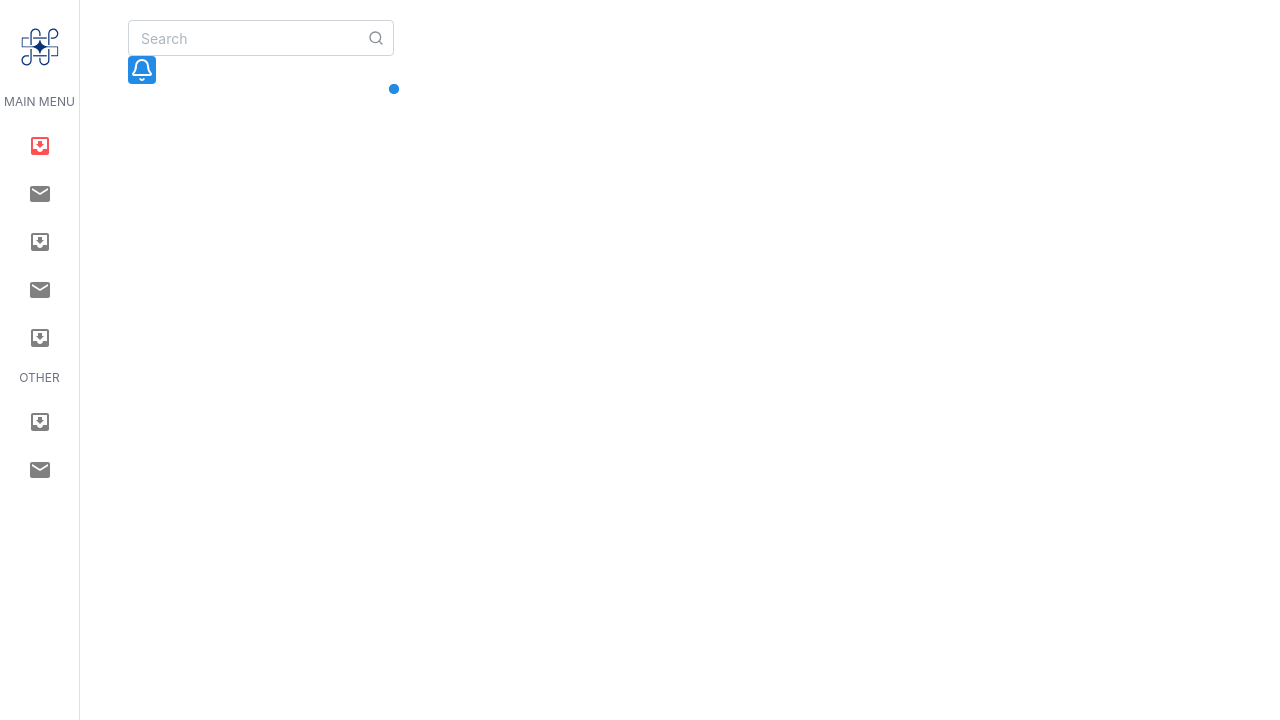
Repository: SatyaDewangan05/sample-dashboard
Page: /
The author's editor kept a copy of each file at every save. The page is drawn from the files as they stood at one save, then again after the next save.
The browser window is 1280 px wide. The pictures show the whole page.
The project was rebuilt for these pictures with package versions that can differ from the ones it lists, and the page was loaded fresh each time. The framework's server and built-in components were replaced by stand-ins that run in the browser. Also part of the build but not shown: next.config.mjs.

Above is the page before, as saved 2024-09-20 22:32:47.

### src/app/layout.js
import localFont from "next/font/local";
import "./globals.css";
import { MantineProvider } from "@mantine/core";
import "@mantine/core/styles.css";

const geistSans = localFont({
  src: "./fonts/GeistVF.woff",
  variable: "--font-geist-sans",
  weight: "100 900",
});
const geistMono = localFont({
  src: "./fonts/GeistMonoVF.woff",
  variable: "--font-geist-mono",
  weight: "100 900",
});

export const metadata = {
  title: "Create Next App",
  description: "Generated by create next app",
};

export default function RootLayout({ children }) {
  return (
    <html lang="en">
      <body
        className={`${geistSans.variable} ${geistMono.variable} antialiased`}
      >
        <MantineProvider>{children}</MantineProvider>
      </body>
    </html>
  );
}

### src/app/page.jsx
import Image from "next/image";
import MiniDrawer from "./components/Drawer";
import { ActionIcon, Indicator, TextInput } from "@mantine/core";
import { Bell, Search } from "lucide-react";

export default function Home() {
  return (
    <div className="flex">
      <MiniDrawer />
      <div className="px-12">
        {/* Top Bar */}
        <div className="py-5">
          <TextInput placeholder="Search" rightSection={<Search size={16} />} />
          <div>
            <ActionIcon
              variant="filled"
              // color="white"
              // c="black"
              aria-label="Settings"
            >
              <Bell c="black" />
            </ActionIcon>
            <Indicator></Indicator>
          </div>
        </div>
      </div>
    </div>
  );
}

### src/app/components/Drawer.jsx
"use client";

import { styled } from "@mui/material/styles";
import MuiDrawer from "@mui/material/Drawer";
import List from "@mui/material/List";
import IconButton from "@mui/material/IconButton";
import MenuIcon from "@mui/icons-material/Menu";

import ListItem from "@mui/material/ListItem";
import ListItemButton from "@mui/material/ListItemButton";
import ListItemIcon from "@mui/material/ListItemIcon";
import ListItemText from "@mui/material/ListItemText";
import InboxIcon from "@mui/icons-material/MoveToInbox";
import MailIcon from "@mui/icons-material/Mail";
import { useState } from "react";
import Image from "next/image";

import Logo from "@/images/logo.svg";
import LogoWithName from "@/images/logo_with_name.png";

const drawerWidth = 220;

const openedMixin = (theme) => ({
  width: drawerWidth,
  transition: theme.transitions.create("width", {
    easing: theme.transitions.easing.sharp,
    duration: theme.transitions.duration.enteringScreen,
  }),
  overflowX: "hidden",
});

const closedMixin = (theme) => ({
  transition: theme.transitions.create("width", {
    easing: theme.transitions.easing.sharp,
    duration: theme.transitions.duration.leavingScreen,
  }),
  overflowX: "hidden",
  width: "80px",
  [theme.breakpoints.up("sm")]: {
    width: "80px",
  },
});

const DrawerHeader = styled("div")(({ theme }) => ({
  display: "flex",
  alignItems: "center",
  justifyContent: "center",
  padding: "20px",
  // necessary for content to be below app bar
  ...theme.mixins.toolbar,
}));

const Drawer = styled(MuiDrawer, {
  shouldForwardProp: (prop) => prop !== "open",
})(({ theme }) => ({
  width: drawerWidth,
  flexShrink: 0,
  whiteSpace: "nowrap",
  boxSizing: "border-box",
  variants: [
    {
      props: ({ open }) => open,
      style: {
        ...openedMixin(theme),
        "& .MuiDrawer-paper": openedMixin(theme),
      },
    },
    {
      props: ({ open }) => !open,
      style: {
        ...closedMixin(theme),
        "& .MuiDrawer-paper": closedMixin(theme),
      },
    },
  ],
}));

export default function MiniDrawer() {
  const [open, setOpen] = useState(false);

  const [active, setActive] = useState("Dashboard");

  return (
    <Drawer variant="permanent" open={open}>
      <DrawerHeader>
        <IconButton onClick={() => setOpen((prevState) => !prevState)}>
          {open ? (
            <Image src={LogoWithName} alt="Images" />
          ) : (
            <Image className="mx-auto" src={Logo} alt="Images" />
          )}
        </IconButton>
      </DrawerHeader>
      <p
        className={`h-5 uppercase text-xs  text-gray-500 ${
          open ? "pl-5" : "text-center"
        }`}
      >
        Main Menu
      </p>
      <List>
        {["Dashboard", "Recruitment", "Schedule", "Employee", "Department"].map(
          (text, index) => (
            <ListItem key={text} disablePadding sx={{ display: "block" }}>
              <ListItemButton
                sx={[
                  {
                    minHeight: 48,
                    px: 2,
                    color: active === text ? "#FF5151" : "unset",
                  },
                  open
                    ? {
                        justifyContent: "initial",
                      }
                    : {
                        justifyContent: "center",
                      },
                ]}
                onClick={() => setActive(text)}
              >
                <ListItemIcon
                  sx={[
                    {
                      //   minWidth: 0,
                      justifyContent: "center",
                      color: active === text ? "#FF5151" : "gray",
                    },
                    open
                      ? {
                          mr: 2,
                        }
                      : {
                          mx: "auto",
                        },
                  ]}
                >
                  {index % 2 === 0 ? <InboxIcon /> : <MailIcon />}
                </ListItemIcon>
                <ListItemText
                  primary={text}
                  sx={[
                    open
                      ? {
                          opacity: 1,
                        }
                      : {
                          opacity: 0,
                        },
                  ]}
                />
              </ListItemButton>
            </ListItem>
          )
        )}
      </List>
      <p
        className={`h-5 uppercase text-xs text-gray-500 ${
          open ? " pl-5" : "text-center"
        }`}
      >
        Other
      </p>
      <List>
        {["Support", "Settings"].map((text, index) => (
          <ListItem key={text} disablePadding sx={{ display: "block" }}>
            <ListItemButton
              sx={[
                {
                  minHeight: 48,
                  px: 2,
                },
                open
                  ? {
                      justifyContent: "initial",
                    }
                  : {
                      justifyContent: "center",
                    },
              ]}
              onClick={() => setActive(text)}
            >
              <ListItemIcon
                sx={[
                  {
                    justifyContent: "center",
                    color: active === text ? "#FF5151" : "gray",
                  },
                  open
                    ? {
                        mr: 2,
                      }
                    : {
                        mx: "auto",
                      },
                ]}
              >
                {index % 2 === 0 ? <InboxIcon /> : <MailIcon />}
              </ListItemIcon>
              <ListItemText
                primary={text}
                sx={[
                  open
                    ? {
                        opacity: 1,
                      }
                    : {
                        opacity: 0,
                      },
                ]}
              />
            </ListItemButton>
          </ListItem>
        ))}
      </List>
    </Drawer>
  );
}

Loaded but not shown: src/app/globals.css (common file); tailwind.config.js (common file)

After the next save:
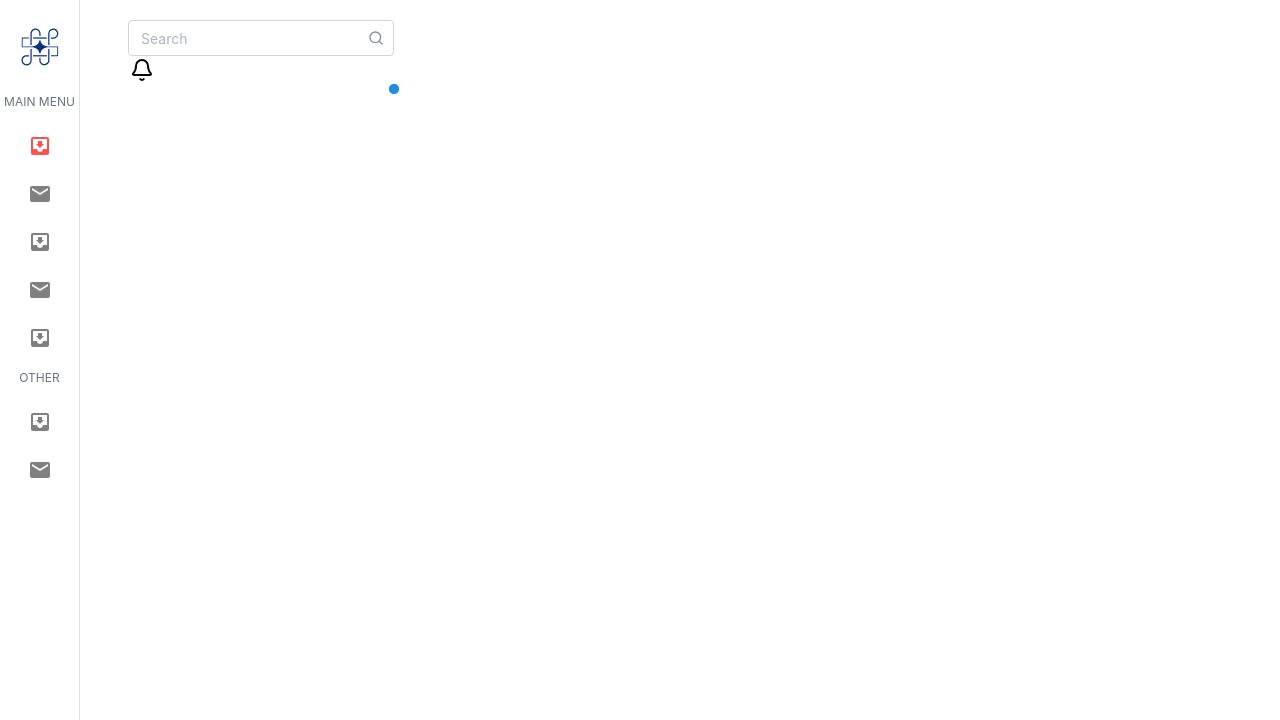
Saved 6 s later.
--- a/src/app/page.jsx
+++ b/src/app/page.jsx
@@ -14,8 +14,8 @@ export default function Home() {
           <div>
             <ActionIcon
               variant="filled"
-              // color="white"
-              // c="black"
+              color="white"
+              c="black"
               aria-label="Settings"
             >
               <Bell c="black" />
